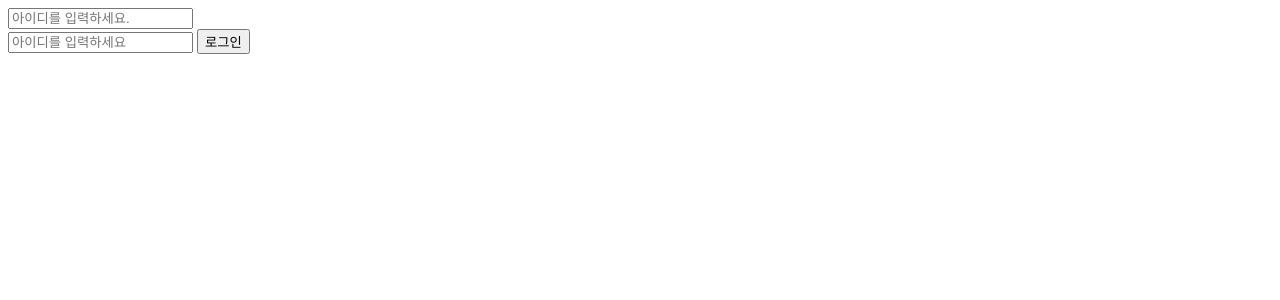
Repository: Chojaejun/javastudy
Page: HelloWorld/WebContent/c.html
An editor plug-in stored every save of this project. The page is shown before and after the next save, followed by the edit.
The browser window is 1280 px wide. The pictures show the whole page.

Above is the page before, as saved 2020-12-04 05:41:36.

After the next save:
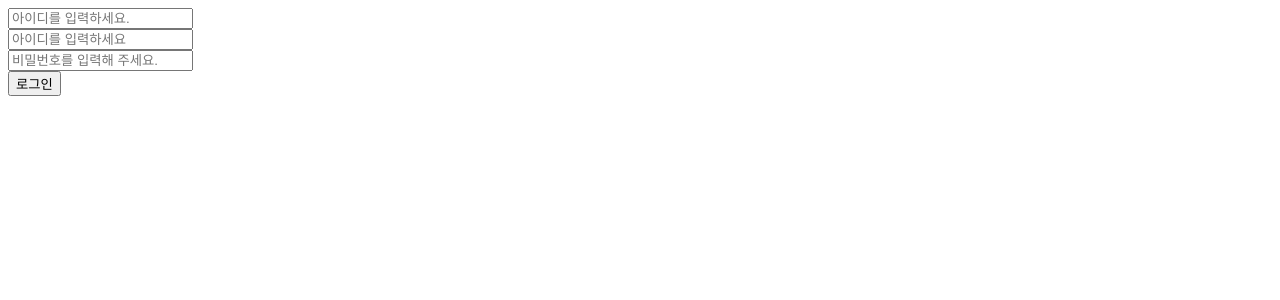
Saved 2 min 45 s later.
--- a/HelloWorld/WebContent/c.html
+++ b/HelloWorld/WebContent/c.html
@@ -13,6 +13,9 @@
 <form action="b.html">
 
 	<input name="id" placeholder="아이디를 입력하세요">
+	<br>
+	<input name="pw" placeholder="비밀번호를 입력해 주세요.">
+	<br>
 	<input type="submit" value="로그인">
 
 
